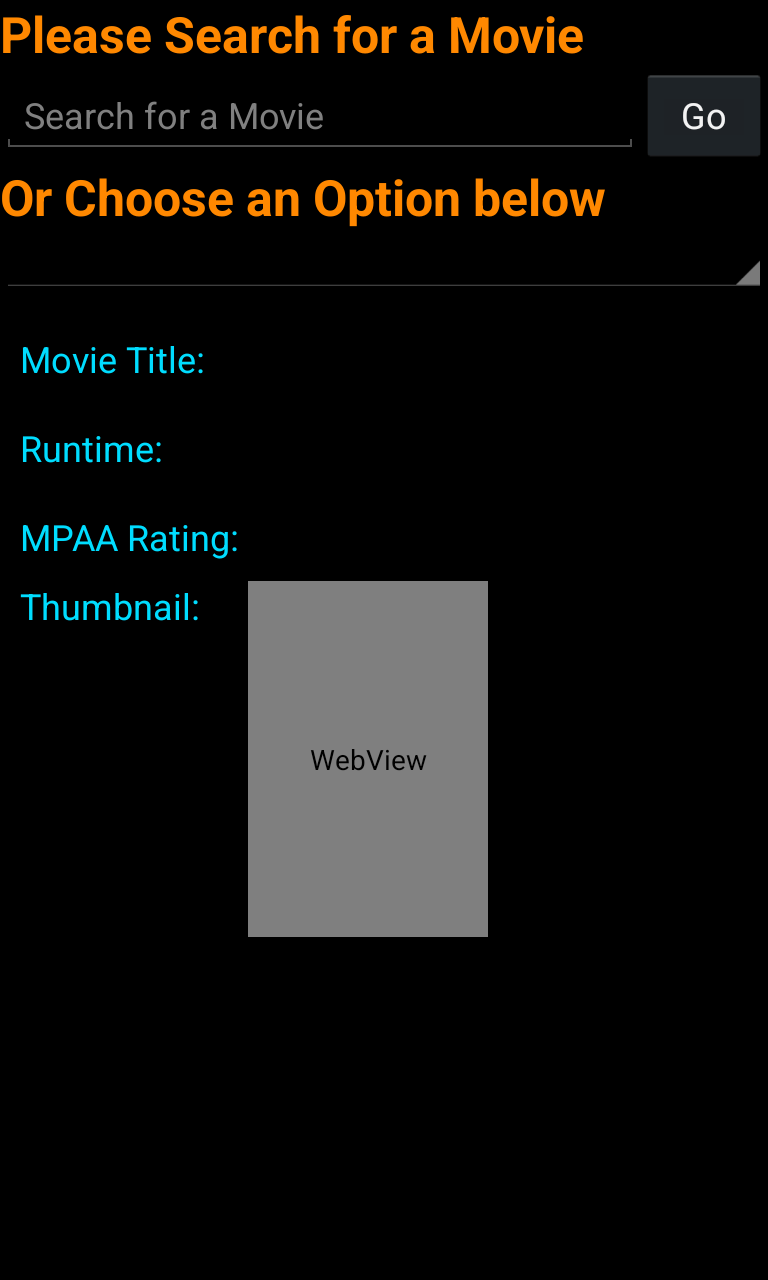
Repository: mikesmithjr/Java1
Layout: Week 4/MovieListing/res/layout/form.xml
These files come from the project's save history. The layout is drawn as it stood at one moment and after the next save; the edit follows.
Pictures or frames that could not be fetched are drawn as grey boxes. It is drawn on a 768 x 1280 px phone screen (xhdpi) without system bars, with theme AppTheme; the app's code is not run.

Above is the layout before, as saved 2013-08-01 07:00:14.

After the next save:
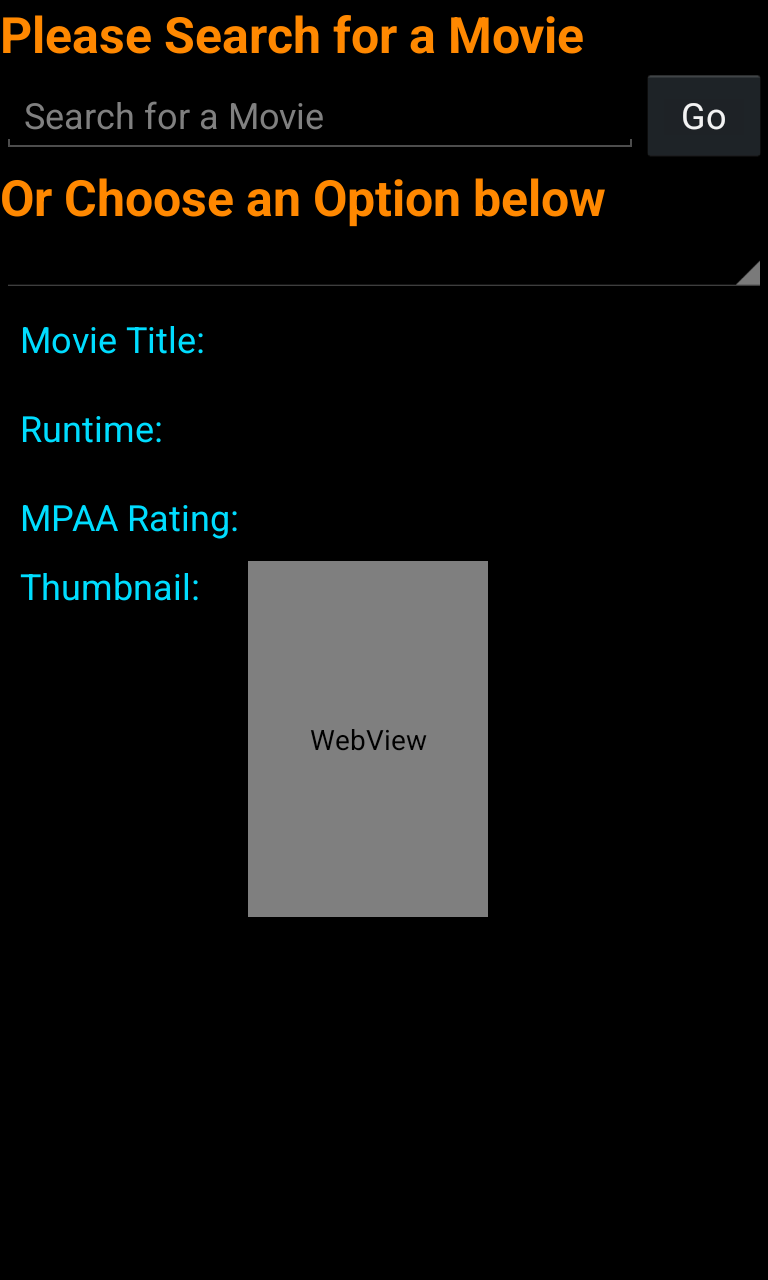
Saved 57 s later.
--- a/Week 4/MovieListing/res/layout/form.xml
+++ b/Week 4/MovieListing/res/layout/form.xml
@@ -49,7 +49,7 @@
         android:layout_height="0dip"
         android:layout_weight="1"
         android:columnCount="2"
-        android:padding="10dip">
+        android:paddingLeft="10dip">
 
         <TextView
             android:layout_width="wrap_content"

After the save that followed:
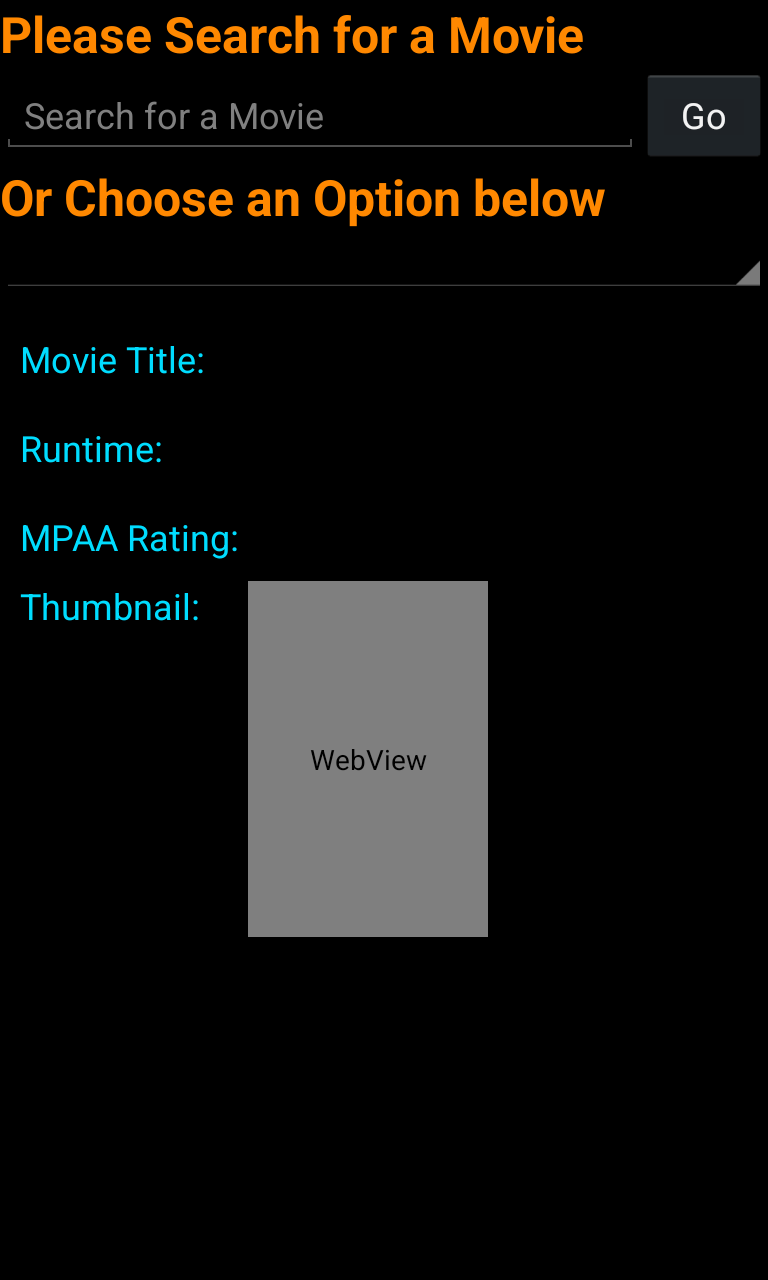
Saved 48 s later.
--- a/Week 4/MovieListing/res/layout/form.xml
+++ b/Week 4/MovieListing/res/layout/form.xml
@@ -49,7 +49,7 @@
         android:layout_height="0dip"
         android:layout_weight="1"
         android:columnCount="2"
-        android:paddingLeft="10dip">
+        android:padding="10dip">
 
         <TextView
             android:layout_width="wrap_content"
